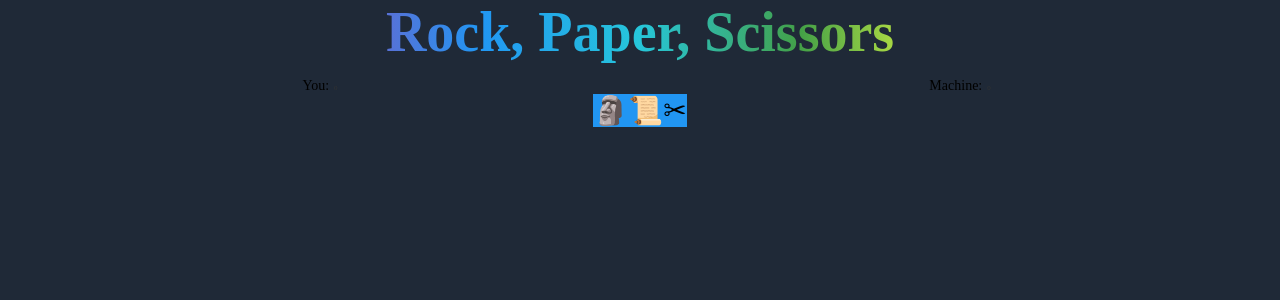
Repository: dung8466/RPS
Page: index.html
These files come from the project's save history. The page is drawn as it stood at one moment and after the next save; the edit follows.
The browser window is 1280 px wide. The pictures show the whole page.

Above is the page before, as saved 2022-07-01 21:37:35.

### index.html
<!DOCTYPE html>
<html lang="en">
<head>
    <meta charset="UTF-8">
    <meta http-equiv="X-UA-Compatible" content="IE=edge">
    <meta name="viewport" content="width=device-width, initial-scale=1.0">
    <title>Fun Game</title>
    <link rel="stylesheet" href="style.css">
    <script src="script.js" defer></script>
</head>
<body>
    <h1 class="header">
        Rock, Paper, Scissors
    </h1>
    <div class="results flex-box">
        <div class="player-result">
            You: <span class="result-score" data-your-score>0</span>
        </div>
        <div class="machine-result" data-final-column>
            Machine: <span class="result-score" data-computer-score>0</span>
        </div>
    </div>
    <div class="selections">
        <button class="selection" data-selection="rock">🗿</button>
        <button class="selection" data-selection="paper">📜</button>
        <button class="selection" data-selection="scissors">✂</button>
    </div>
</body>
</html>

### style.css
*{
    font-family: 'Times New Roman', Times, serif;
    font-size: 14px;
    margin: 0;
    padding: 0;
    background-color: #1f2937;
}
.header{
    font-size: 4em;
    font-weight: bold;
    background: linear-gradient(to right, #ef5350, #f48fb1, #7e57c2, #2196f3, #26c6da, #43a047, #eeff41, #f9a825, #ff5722);
    -webkit-background-clip: text;
    -webkit-text-fill-color: transparent;
    text-align: center;
}
.selections {
    display: flex;
    justify-content: center;
  }

  .selection {
    background-color: #2196f3;
    border: none;
    outline: none;
    cursor: pointer;
    font-size: 2rem;
    transition: 100ms;
  }

  .selection:hover {
    transform: scale(1.2);
  }

  .results {
    margin-top: 1rem;
    display: grid;
    justify-content: center;
    grid-template-columns: repeat(2, 1fr);
    justify-items: center;
    align-items: center;
  }

  .result-score {
    margin-left: .1rem;
    font-size: .5rem;
    color: #333;
  }

  .result-selection {
    opacity: .5;
  }

  .result-selection.winner {
    opacity: 1;
    font-size: 1.5rem;
  }

### script.js
const SELECTIONS = [
    {
        name: 'rock',
        emoji: '🗿',
        beats: 'scissors',
    },
    {
        name: 'paper',
        emoji: '📜',
        beats: 'rock',
    },
    {
        name: 'scissors',
        emoji: '✂',
        beats: 'paper',
    }
]
const selectionButtons = document.querySelectorAll('[data-selection]')
const finalColumn = document.querySelector('[data-final-column]')
const computerScoreSpan = document.querySelector('[data-computer-score]')
const yourScoreSpan = document.querySelector('[data-your-score]')
selectionButtons.forEach(selectionButton => {
  selectionButton.addEventListener('click', e => {
    const selectionName = selectionButton.dataset.selection
    const selection = SELECTIONS.find(selection => selection.name === selectionName)
    makeSelection(selection)
  })
})

function makeSelection(selection) {
  const computerSelection = randomSelection()
  const yourWinner = isWinner(selection, computerSelection)
  const computerWinner = isWinner(computerSelection, selection)

  addSelectionResult(computerSelection, computerWinner)
  addSelectionResult(selection, yourWinner)

  if (yourWinner) incrementScore(yourScoreSpan)
  if (computerWinner) incrementScore(computerScoreSpan)
}

function incrementScore(scoreSpan) {
  scoreSpan.innerText = parseInt(scoreSpan.innerText) + 1
}

function addSelectionResult(selection, winner) {
  const div = document.createElement('div')
  div.innerText = selection.emoji
  div.classList.add('result-selection')
  if (winner) div.classList.add('winner')
  finalColumn.after(div)
}

function isWinner(selection, opponentSelection) {
  return selection.beats === opponentSelection.name
}

function randomSelection() {
  const randomIndex = Math.floor(Math.random() * SELECTIONS.length)
  return SELECTIONS[randomIndex]
}

After the next save:
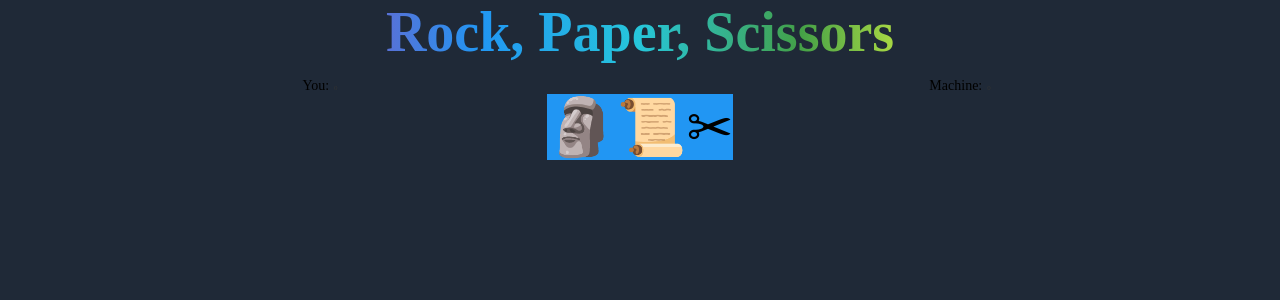
Saved 7 s later.
--- a/style.css
+++ b/style.css
@@ -23,7 +23,7 @@
     border: none;
     outline: none;
     cursor: pointer;
-    font-size: 2rem;
+    font-size: 4rem;
     transition: 100ms;
   }
 
